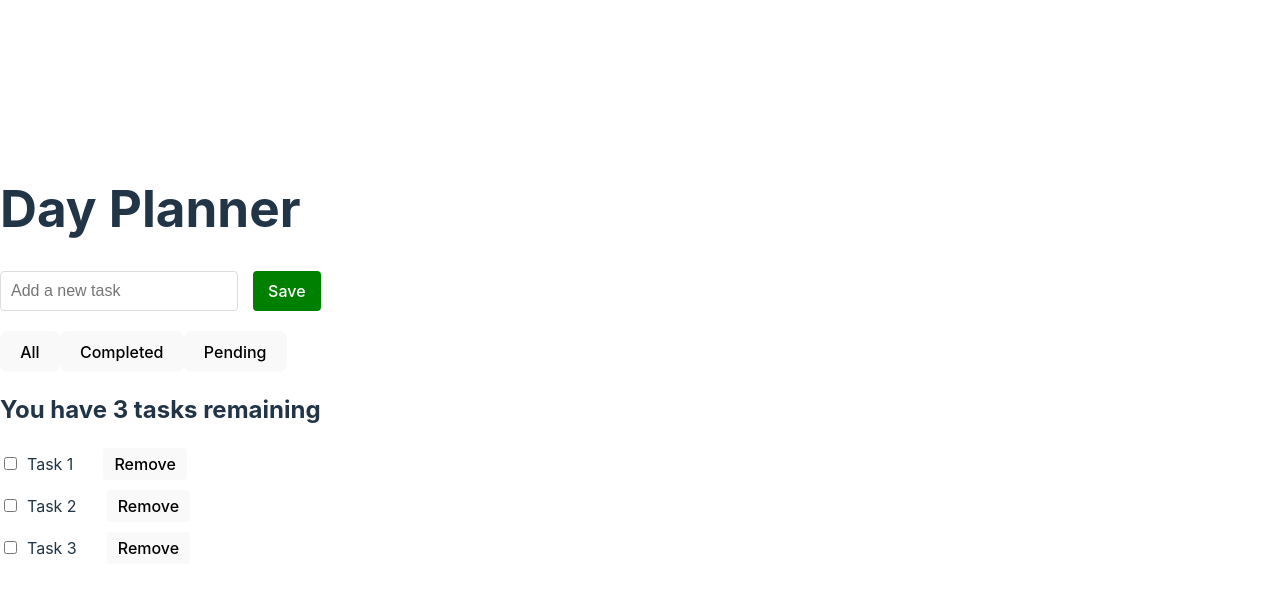
Repository: GavinPahal/Lab7
Page: /
The author's editor kept a copy of each file at every save. The page is drawn from the files as they stood at one save, then again after the next save.
The browser window is 1280 px wide. The pictures show the whole page.
The project was rebuilt for these pictures with package versions that can differ from the ones it lists, and the page was loaded fresh each time. Also part of the build but not shown: vite.config.js.

Above is the page before, as saved 2024-10-28 14:29:39.

After the next save:
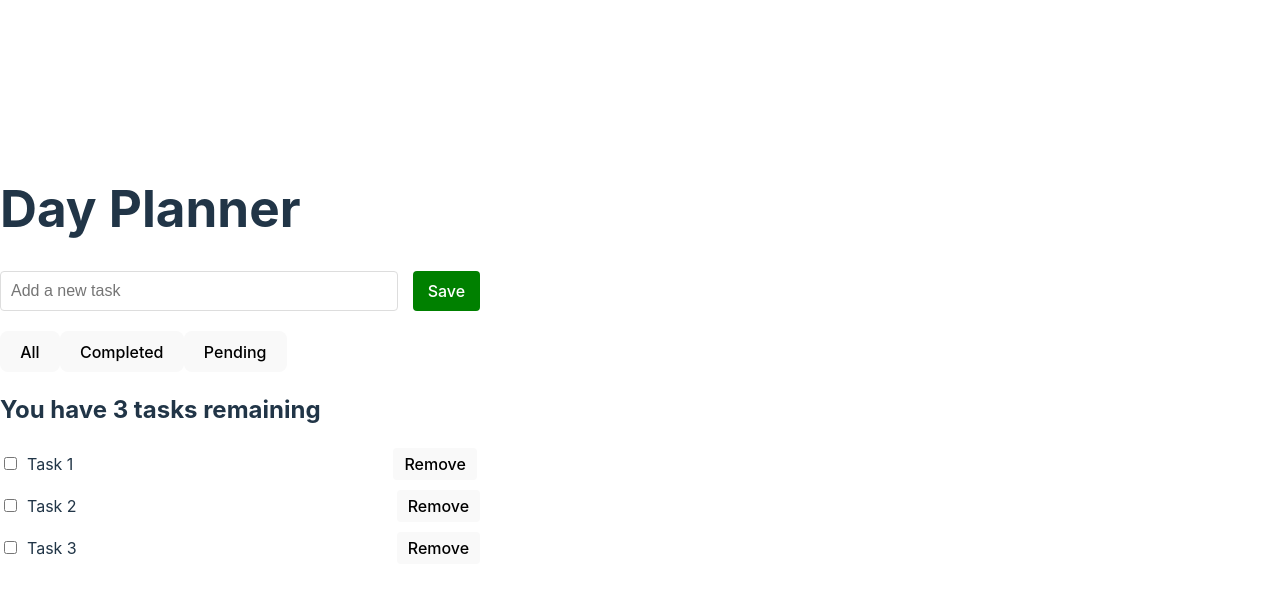
Saved 8 s later.
--- a/src/App.css
+++ b/src/App.css
@@ -37,7 +37,7 @@
 }
 
 .task-text {
-  margin-right: 30px; /* Space between task text and remove button */
+  margin-right: 20rem; /* Space between task text and remove button */
 }
 
 .remove-button {
